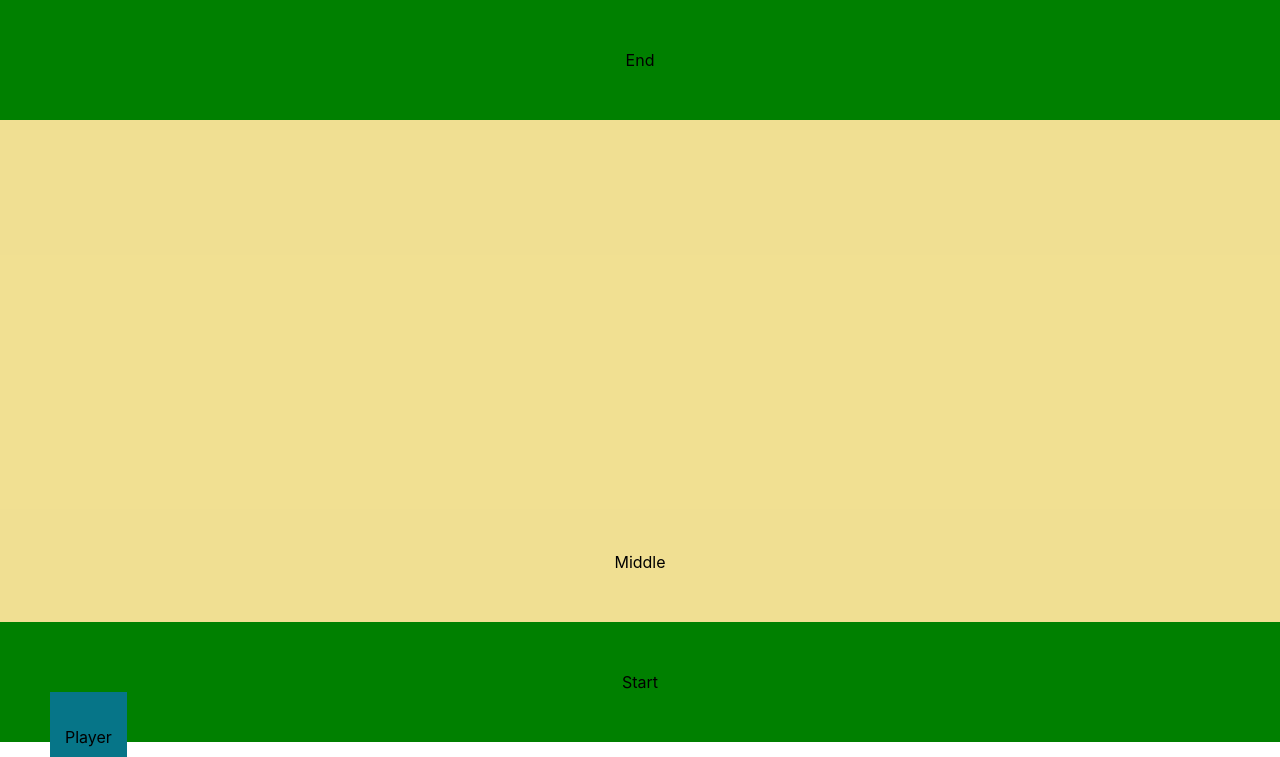
Repository: DerickT02/red-light-green-light
Page: /
An editor plug-in stored every save of this project. The page is shown before and after the next save, followed by the edit.
The browser window is 1280 px wide. The pictures show the whole page.
The project was rebuilt for these pictures with package versions that can differ from the ones it lists, and the page was loaded fresh each time.

Above is the page before, as saved 2021-11-15 07:16:20.

### src/App.js

import Field from "./Field";


function App() {
  return (
    <div className="App">
     <Field />

    </div>
  );
}

export default App;

### src/Field.js
import './Field.css'
import Player from './Player'




export default function Field(){
    return(
        <div className = "Field">
            <div className = "End">End</div>
            <div className = "Middle">Middle</div>
            <div className = "Start">Start <Player/></div>
        </div>
    )
}

### src/Field.css
.Field {
    text-align: center;
    width: 100%;
    height: 100%;
}

.Field .End{
    padding: 50px;
    background-color: green;

}

.Field .Middle{
    padding: 50px;
    background-color: rgba(240, 222, 140, 0.945);
    padding-top: 60vmin;

}

.Field .Start{
    text-align: center;
    padding: 50px;
    background-color: green;

}

### src/Player.js
import './Player.css'

export default function Player(){
    return(
    <div className = "Player">Player</div>
    )
}

### src/Player.css
.Player {
  position: absolute;
  padding-left: 15px;
  padding-top: 35px;
  padding-bottom: 10px;
  padding-right: 15px;
  margin-bottom: 10px;
  background-color: rgb(6, 117, 136);

}

Loaded but not shown: public/index.html (common file); src/index.js (common file); src/index.css (common file)

After the next save:
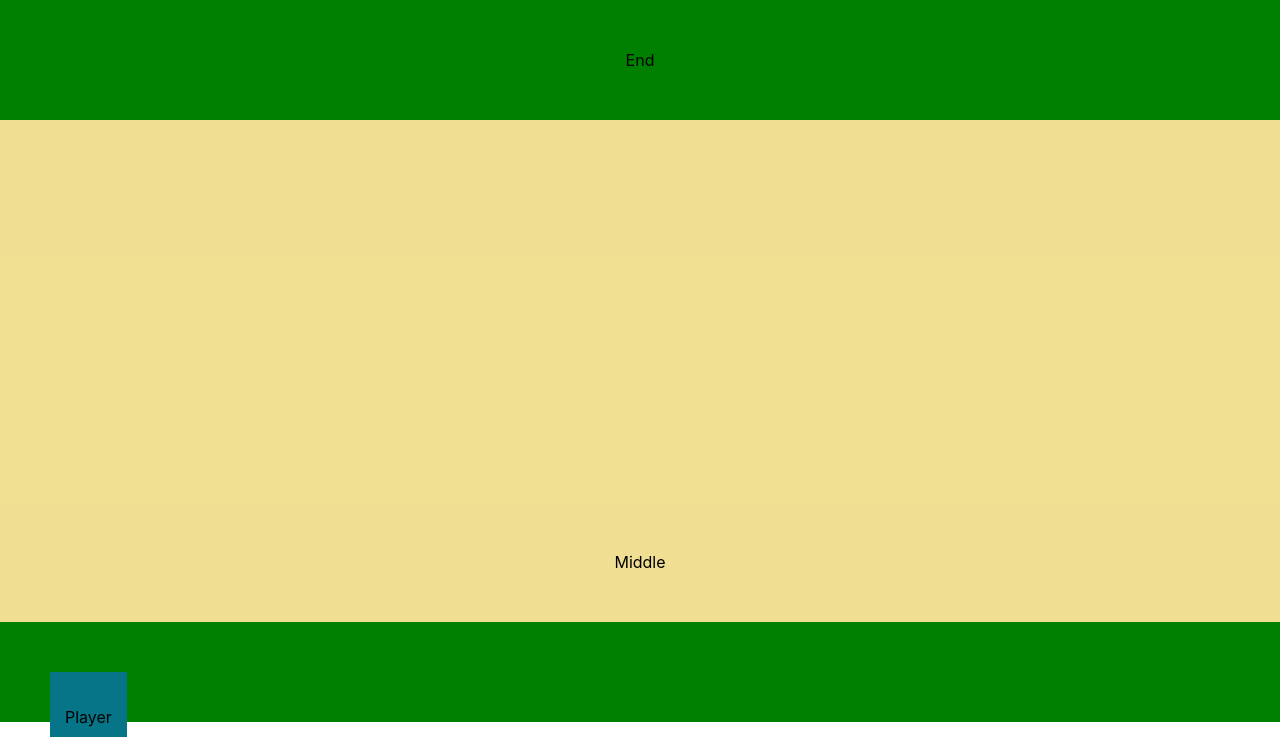
Saved 18 s later.
--- a/src/Field.js
+++ b/src/Field.js
@@ -9,7 +9,7 @@ export default function Field(){
         <div className = "Field">
             <div className = "End">End</div>
             <div className = "Middle">Middle</div>
-            <div className = "Start">Start <Player/></div>
+            <div className = "Start"><Player/></div>
         </div>
     )
 }
